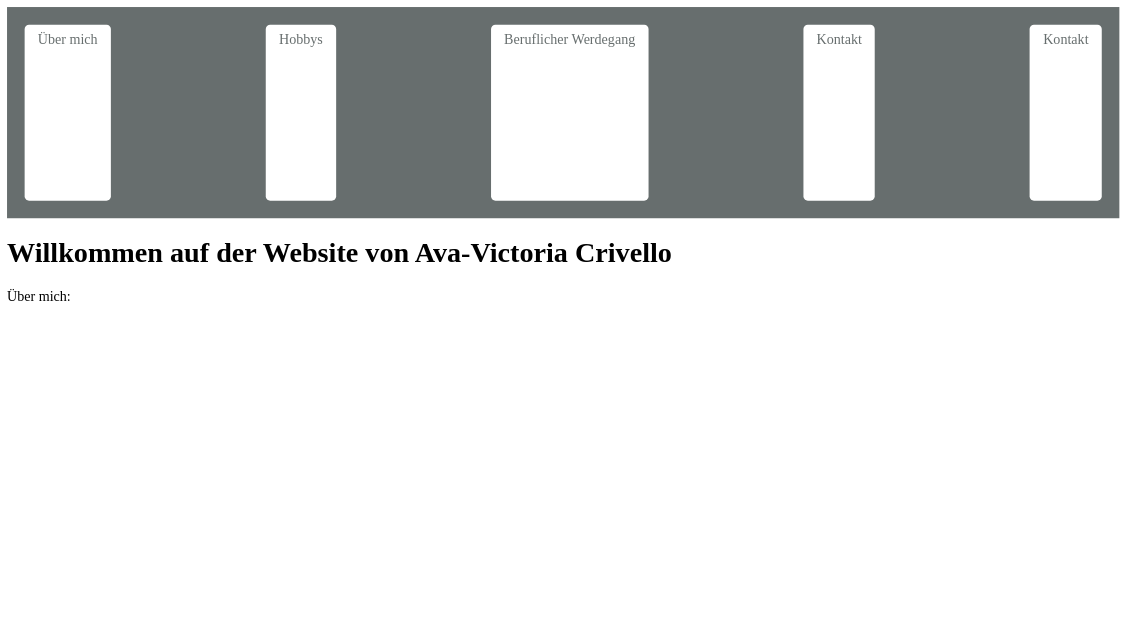
Repository: Ava-VictoriaCrivello/website
Page: index.html
An editor plug-in stored every save of this project. The page is shown before and after the next save, followed by the edit.
The browser window is 1280 px wide. The pictures show the whole page, at 88% of full size.
Some web fonts or font styles are not loaded; a fallback is used.

Above is the page before, as saved 2022-05-29 14:13:31.

### index.html
<!DOCTYPE html>
<html lang="en">
  <head>
    <meta charset="UTF-8" />
    <meta http-equiv="X-UA-Compatible" content="IE=edge" />
    <meta name="viewport" content="width=device-width, initial-scale=1.0" />
    <title>website</title>
    <link rel="stylesheet" href="style.css" />
    <link rel="preconnect" href="https://fonts.googleapis.com" />
    <link rel="preconnect" href="https://fonts.gstatic.com" crossorigin />
    <link
      href="https://fonts.googleapis.com/css2?family=Tiro+Telugu:ital@1&display=swap"
      rel="stylesheet"
    />
  </head>
  <body>
    <nav>
      <a class="button" href="name.#aboutme">Über mich</a>
      <a class="button" href="name.#hobbys">Hobbys</a>
      <a class="button" href="name.#work">Beruflicher Werdegang</a>
      <a class="button" href="name.#contact">Kontakt</a>
      <a class="button" href="name.#contact">Kontakt</a>
    </nav>

    <h1>Willkommen auf der Website von Ava-Victoria Crivello</h1>

    <section class="aboutme">
      <p class="übermich">Über mich:</p>
    </section>
  </body>
</html>

### style.css
nav {
  background-color: rgb(103, 110, 110);
  font-family: "Tiro Telugu", serif;
  padding: 20px;
  display: flex;
  justify-content: space-between;
  flex-wrap: wrap;
  gap: 20px;
  height: 200px;
  flex-direction: row;
}

.button {
  background-color: white;
  color: rgb(103, 110, 110);
  padding: 8px 15px;
  border-radius: 5px;
  text-decoration: none;
}

After the next save:
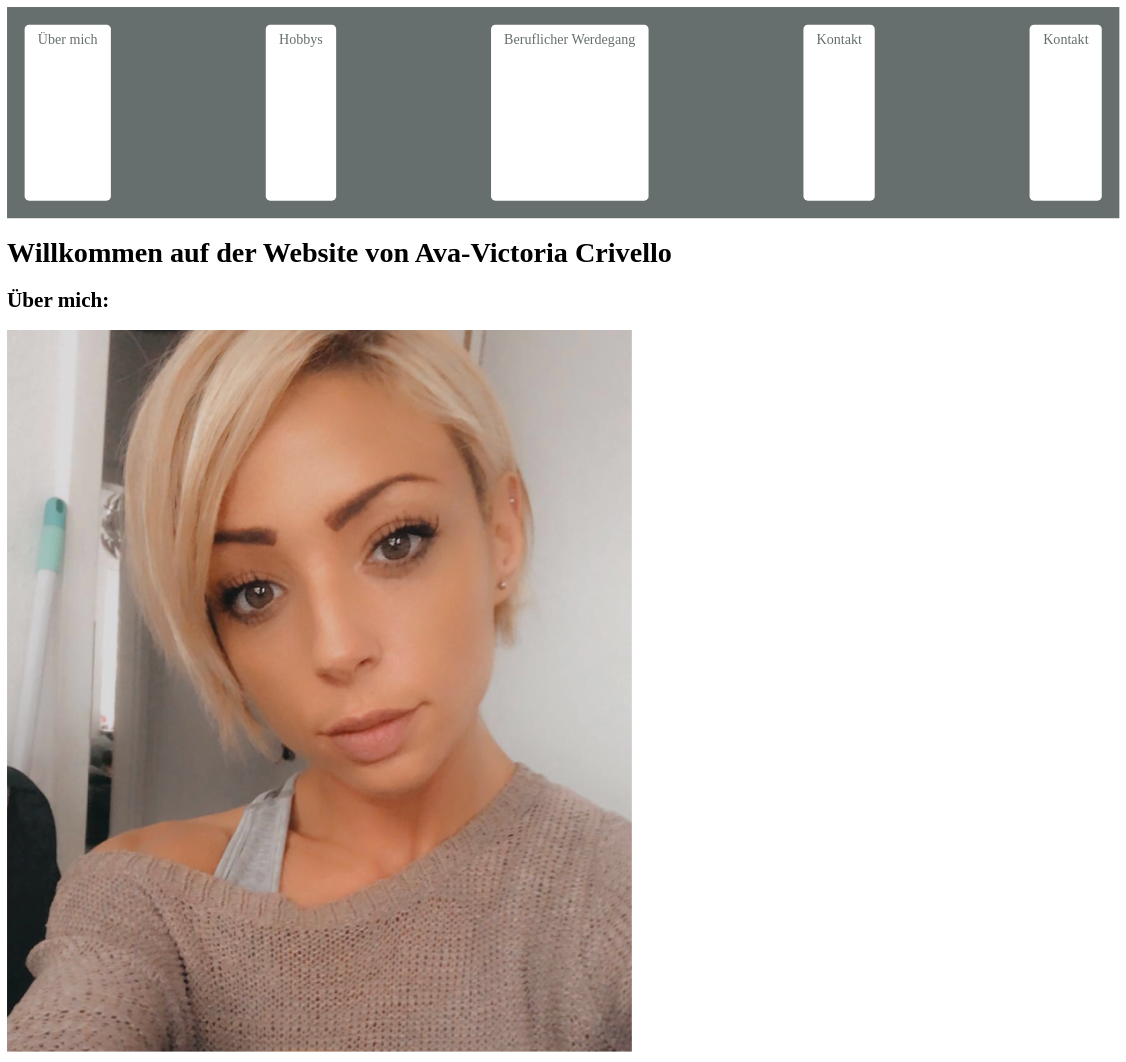
Saved 13 min 41 s later.
--- a/index.html
+++ b/index.html
@@ -23,9 +23,9 @@
     </nav>
 
     <h1>Willkommen auf der Website von Ava-Victoria Crivello</h1>
-
-    <section class="aboutme">
-      <p class="übermich">Über mich:</p>
-    </section>
+    <h2>Über mich:</h2>
   </body>
+  <article>
+    <img class="ich" src="ich.png" alt="Frau mit blonden Haaren" />
+  </article>
 </html>
